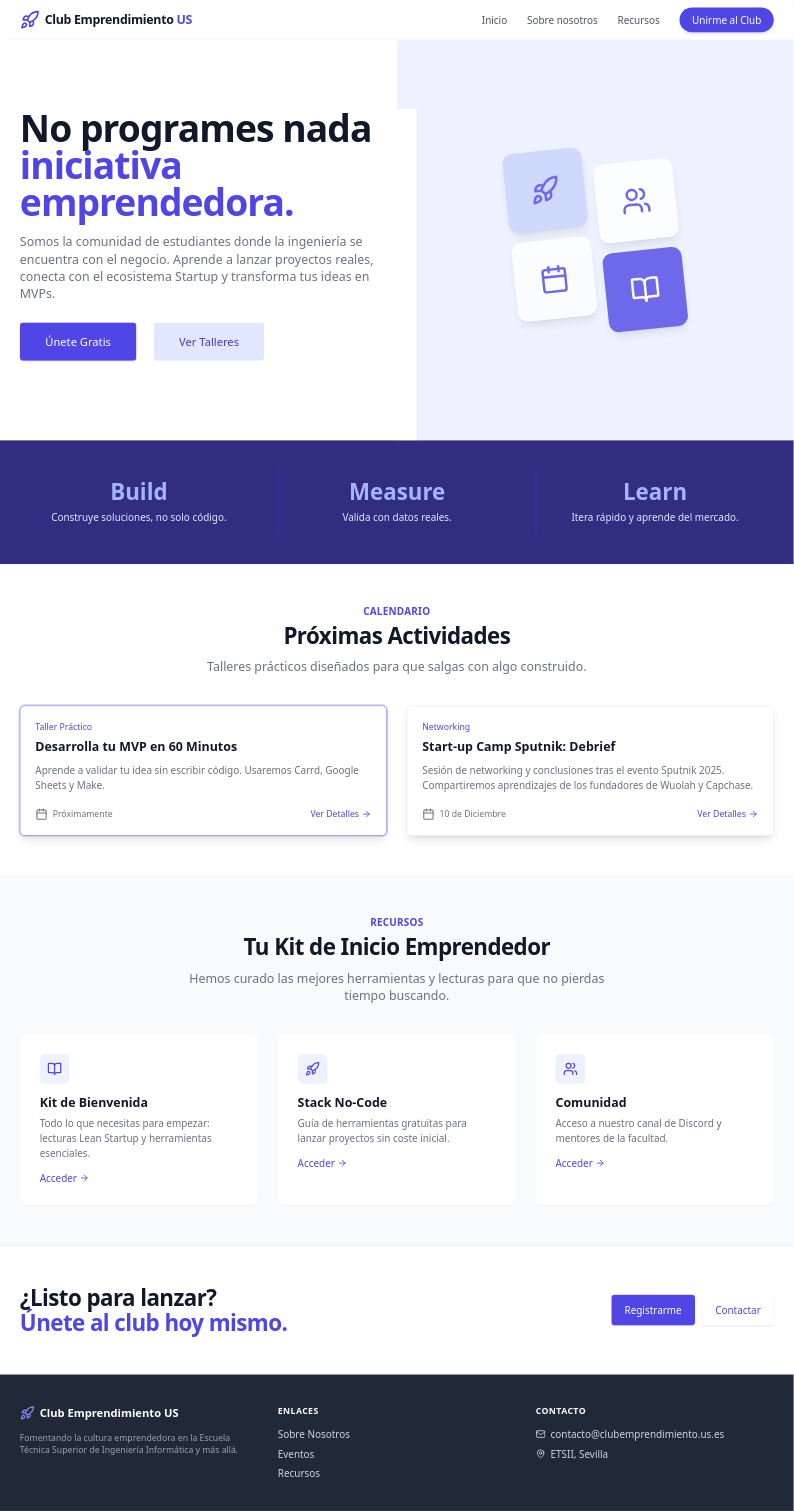
Repository: enerombar/club-emprendimiento-web
Page: /
These files come from the project's save history. The page is drawn as it stood at one moment and after the next save; the edit follows.
The browser window is 1280 px wide. The pictures show the whole page, at 62% of full size.
The project was rebuilt for these pictures with package versions that can differ from the ones it lists, and the page was loaded fresh each time. Also part of the build but not shown: vite.config.js.

Above is the page before, as saved 2025-12-08 00:15:28.

### index.html
<!doctype html>
<html lang="en">
  <head>
    <meta charset="UTF-8" />
    <link rel="icon" type="image/svg+xml" href="/vite.svg" />
    <meta name="viewport" content="width=device-width, initial-scale=1.0" />
    <title>club-emprendimiento</title>
  </head>
  <body>
    <div id="root"></div>
    <script type="module" src="/src/main.jsx"></script>
  </body>
</html>

### src/App.jsx
import React, { useState } from 'react';
import { Rocket, Users, Calendar, BookOpen, ArrowRight, Menu, X, CheckCircle, Mail, MapPin, Clock, Info } from 'lucide-react';

const ClubEmprendimiento = () => {
  const [isMenuOpen, setIsMenuOpen] = useState(false);
  const [selectedEvent, setSelectedEvent] = useState(null); // Estado para el evento seleccionado (modal)

  // Datos de ejemplo basados en tu trabajo real, ahora con MÁS detalles
  const upcomingEvents = [
    {
      id: 1,
      title: "Desarrolla tu MVP en 60 Minutos",
      date: "Próximamente",
      time: "16:00 - 18:00",
      location: "Aula H1.10, ETSII",
      description: "Aprende a validar tu idea sin escribir código. Usaremos Carrd, Google Sheets y Make.",
      fullDescription: "En este taller práctico intensivo, romperemos el mito de que necesitas meses de programación para lanzar una idea. Aprenderás a construir un flujo de validación completo usando herramientas No-Code. Saldrás del taller con una Landing Page funcional conectada a una base de datos y un sistema de email automático.",
      agenda: [
        "Introducción: La trampa de la sobre-ingeniería",
        "Herramientas: Carrd, Airtable y Make",
        "Live Demo: Construyendo en tiempo real",
        "Estrategias de validación rápida"
      ],
      tag: "Taller Práctico",
      highlight: true
    },
    {
      id: 2,
      title: "Start-up Camp Sputnik: Debrief",
      date: "10 de Diciembre",
      time: "17:30 - 19:00",
      location: "Sala de Juntas, ETSII",
      description: "Sesión de networking y conclusiones tras el evento Sputnik 2025. Compartiremos aprendizajes de los fundadores de Wuolah y Capchase.",
      fullDescription: "Una sesión exclusiva para compartir los 'insights' más potentes extraídos del Start-up Camp de Sputnik. Analizaremos las claves de crecimiento de startups sevillanas como Wuolah y debatiremos sobre las oportunidades actuales en el ecosistema emprendedor.",
      agenda: [
        "Resumen del evento Sputnik 2025",
        "Lecciones aprendidas de Wuolah y Capchase",
        "Networking con pizza y refrescos",
        "Presentación de nuevos proyectos del club"
      ],
      tag: "Networking",
      highlight: false
    }
  ];

  const resources = [
    {
      title: "Kit de Bienvenida",
      desc: "Todo lo que necesitas para empezar: lecturas Lean Startup y herramientas esenciales.",
      icon: <BookOpen className="w-6 h-6 text-indigo-600" />
    },
    {
      title: "Stack No-Code",
      desc: "Guía de herramientas gratuitas para lanzar proyectos sin coste inicial.",
      icon: <Rocket className="w-6 h-6 text-indigo-600" />
    },
    {
      title: "Comunidad",
      desc: "Acceso a nuestro canal de Discord y mentores de la facultad.",
      icon: <Users className="w-6 h-6 text-indigo-600" />
    }
  ];

  // Función para abrir el modal
  const openModal = (event) => {
    setSelectedEvent(event);
    document.body.style.overflow = 'hidden'; // Evitar scroll de fondo
  };

  // Función para cerrar el modal
  const closeModal = () => {
    setSelectedEvent(null);
    document.body.style.overflow = 'auto'; // Restaurar scroll
  };

  return (
    <div className="min-h-screen bg-gray-50 font-sans text-gray-900">

      {/* --- NAVBAR --- */}
      <nav className="bg-white shadow-sm sticky top-0 z-50">
        <div className="max-w-7xl mx-auto px-4 sm:px-6 lg:px-8">
          <div className="flex justify-between h-16">
            <div className="flex items-center">
              <div className="flex-shrink-0 flex items-center gap-2">
                <Rocket className="h-8 w-8 text-indigo-600" />
                <span className="font-bold text-xl tracking-tight">Club Emprendimiento <span className="text-indigo-600">US</span></span>
              </div>
            </div>

            {/* Desktop Menu */}
            <div className="hidden md:flex items-center space-x-8">
              <a href="#inicio" className="text-gray-600 hover:text-indigo-600 transition">Inicio</a>
              <a href="#sobre-nosotros" className="text-gray-600 hover:text-indigo-600 transition">Sobre nosotros</a>
              <a href="#recursos" className="text-gray-600 hover:text-indigo-600 transition">Recursos</a>
              <button className="bg-indigo-600 text-white px-5 py-2 rounded-full font-medium hover:bg-indigo-700 transition shadow-md">
                Unirme al Club
              </button>
            </div>

            {/* Mobile menu button */}
            <div className="md:hidden flex items-center">
              <button onClick={() => setIsMenuOpen(!isMenuOpen)} className="text-gray-600 hover:text-gray-900 focus:outline-none">
                {isMenuOpen ? <X className="h-6 w-6" /> : <Menu className="h-6 w-6" />}
              </button>
            </div>
          </div>
        </div>

        {/* Mobile Menu */}
        {isMenuOpen && (
          <div className="md:hidden bg-white border-t border-gray-100">
            <div className="px-2 pt-2 pb-3 space-y-1 sm:px-3">
              <a href="#inicio" className="block px-3 py-2 rounded-md text-base font-medium text-gray-700 hover:text-indigo-600 hover:bg-gray-50">Inicio</a>
              <a href="#actividades" className="block px-3 py-2 rounded-md text-base font-medium text-gray-700 hover:text-indigo-600 hover:bg-gray-50">Actividades</a>
              <a href="#recursos" className="block px-3 py-2 rounded-md text-base font-medium text-gray-700 hover:text-indigo-600 hover:bg-gray-50">Recursos</a>
              <a href="#" className="block px-3 py-2 rounded-md text-base font-medium text-indigo-600 font-bold">Unirme ahora</a>
            </div>
          </div>
        )}
      </nav>

      {/* --- HERO SECTION --- */}
      <div id="inicio" className="relative bg-white overflow-hidden">
        <div className="max-w-7xl mx-auto">
          <div className="relative z-10 pb-8 bg-white sm:pb-16 md:pb-20 lg:max-w-2xl lg:w-full lg:pb-28 xl:pb-32">
            <main className="mt-10 mx-auto max-w-7xl px-4 sm:mt-12 sm:px-6 md:mt-16 lg:mt-20 lg:px-8 xl:mt-28">
              <div className="sm:text-center lg:text-left">
                <h1 className="text-4xl tracking-tight font-extrabold text-gray-900 sm:text-5xl md:text-6xl">
                  <span className="block xl:inline">No programes nada</span>{' '}
                  <span className="block text-indigo-600 xl:inline">iniciativa emprendedora.</span>
                </h1>
                <p className="mt-3 text-base text-gray-500 sm:mt-5 sm:text-lg sm:max-w-xl sm:mx-auto md:mt-5 md:text-xl lg:mx-0">
                  Somos la comunidad de estudiantes donde la ingeniería se encuentra con el negocio. Aprende a lanzar proyectos reales, conecta con el ecosistema Startup y transforma tus ideas en MVPs.
                </p>
                <div className="mt-5 sm:mt-8 sm:flex sm:justify-center lg:justify-start gap-4">
                  <div className="rounded-md shadow">
                    <a href="#" className="w-full flex items-center justify-center px-8 py-3 border border-transparent text-base font-medium rounded-md text-white bg-indigo-600 hover:bg-indigo-700 md:py-4 md:text-lg md:px-10">
                      Únete Gratis
                    </a>
                  </div>
                  <div className="mt-3 sm:mt-0 sm:ml-3">
                    <a href="#actividades" className="w-full flex items-center justify-center px-8 py-3 border border-transparent text-base font-medium rounded-md text-indigo-700 bg-indigo-100 hover:bg-indigo-200 md:py-4 md:text-lg md:px-10">
                      Ver Talleres
                    </a>
                  </div>
                </div>
              </div>
            </main>
          </div>
        </div>
        <div className="lg:absolute lg:inset-y-0 lg:right-0 lg:w-1/2 bg-indigo-50 flex items-center justify-center">
            {/* Placeholder visual - Abstract representation of connection */}
            <div className="relative w-full h-64 sm:h-72 md:h-96 lg:h-full flex items-center justify-center p-10">
                <div className="grid grid-cols-2 gap-4 opacity-80 transform -rotate-6">
                    <div className="w-32 h-32 bg-indigo-200 rounded-2xl flex items-center justify-center shadow-lg"><Rocket className="w-12 h-12 text-indigo-600"/></div>
                    <div className="w-32 h-32 bg-white rounded-2xl flex items-center justify-center shadow-lg mt-8"><Users className="w-12 h-12 text-indigo-600"/></div>
                    <div className="w-32 h-32 bg-white rounded-2xl flex items-center justify-center shadow-lg -mt-8"><Calendar className="w-12 h-12 text-indigo-600"/></div>
                    <div className="w-32 h-32 bg-indigo-600 rounded-2xl flex items-center justify-center shadow-lg"><BookOpen className="w-12 h-12 text-white"/></div>
                </div>
            </div>
        </div>
      </div>

      {/* --- STATS / MANTRA --- */}
      <div className="bg-indigo-900 text-white py-12">
        <div className="max-w-7xl mx-auto px-4 sm:px-6 lg:px-8">
          <div className="grid grid-cols-1 md:grid-cols-3 gap-8 text-center">
            <div className="p-4">
              <div className="text-4xl font-bold text-indigo-300 mb-2">Build</div>
              <div className="text-indigo-100">Construye soluciones, no solo código.</div>
            </div>
            <div className="p-4 border-l-0 md:border-l border-indigo-700">
              <div className="text-4xl font-bold text-indigo-300 mb-2">Measure</div>
              <div className="text-indigo-100">Valida con datos reales.</div>
            </div>
            <div className="p-4 border-l-0 md:border-l border-indigo-700">
              <div className="text-4xl font-bold text-indigo-300 mb-2">Learn</div>
              <div className="text-indigo-100">Itera rápido y aprende del mercado.</div>
            </div>
          </div>
        </div>
      </div>

      {/* --- ACTIVIDADES --- */}
      <div id="actividades" className="py-16 bg-white">
        <div className="max-w-7xl mx-auto px-4 sm:px-6 lg:px-8">
          <div className="text-center">
            <h2 className="text-base text-indigo-600 font-semibold tracking-wide uppercase">Calendario</h2>
            <p className="mt-2 text-3xl leading-8 font-extrabold tracking-tight text-gray-900 sm:text-4xl">
              Próximas Actividades
            </p>
            <p className="mt-4 max-w-2xl text-xl text-gray-500 mx-auto">
              Talleres prácticos diseñados para que salgas con algo construido.
            </p>
          </div>

          <div className="mt-12 grid gap-8 md:grid-cols-2 lg:grid-cols-2">
            {upcomingEvents.map((event) => (
              // Añadido onClick para abrir el modal
              <div
                key={event.id}
                onClick={() => openModal(event)}
                className={`flex flex-col rounded-lg shadow-lg overflow-hidden border cursor-pointer transition-transform hover:scale-105 ${event.highlight ? 'border-indigo-500 ring-2 ring-indigo-200' : 'border-gray-200'}`}
              >
                <div className="flex-1 bg-white p-6 flex flex-col justify-between">
                  <div className="flex-1">
                    <p className="text-sm font-medium text-indigo-600">
                      {event.tag}
                    </p>
                    <div className="block mt-2">
                      <p className="text-xl font-semibold text-gray-900">{event.title}</p>
                      <p className="mt-3 text-base text-gray-500">{event.description}</p>
                    </div>
                  </div>
                  <div className="mt-6 flex items-center justify-between">
                    <div className="flex items-center text-gray-500">
                        <Calendar className="h-5 w-5 mr-2" />
                        <span className="text-sm font-medium">{event.date}</span>
                    </div>
                    <div className="flex items-center text-indigo-600 font-medium text-sm">
                        Ver Detalles <ArrowRight className="ml-1 w-4 h-4" />
                    </div>
                  </div>
                </div>
              </div>
            ))}
          </div>
        </div>
      </div>

      {/* --- MODAL DE DETALLES DEL EVENTO --- */}
      {selectedEvent && (
        <div className="fixed inset-0 z-50 overflow-y-auto" aria-labelledby="modal-title" role="dialog" aria-modal="true">
          <div className="flex items-end justify-center min-h-screen pt-4 px-4 pb-20 text-center sm:block sm:p-0">
            {/* Overlay de fondo oscuro */}
            <div
              className="fixed inset-0 bg-gray-500 bg-opacity-75 transition-opacity"
              aria-hidden="true"
              onClick={closeModal}
            ></div>

            {/* Centrado vertical del modal */}
            <span className="hidden sm:inline-block sm:align-middle sm:h-screen" aria-hidden="true">&#8203;</span>

            {/* Contenido del Modal */}
            <div className="inline-block align-bottom bg-white rounded-lg text-left overflow-hidden shadow-xl transform transition-all sm:my-8 sm:align-middle sm:max-w-lg sm:w-full">
              <div className="bg-white px-4 pt-5 pb-4 sm:p-6 sm:pb-4">
                <div className="sm:flex sm:items-start">
                  <div className="mt-3 text-center sm:mt-0 sm:ml-4 sm:text-left w-full">
                    {/* Header del Modal con Título y Tag */}
                    <div className="flex justify-between items-start">
                        <div>
                            <span className="inline-flex items-center px-2.5 py-0.5 rounded-full text-xs font-medium bg-indigo-100 text-indigo-800 mb-2">
                                {selectedEvent.tag}
                            </span>
                            <h3 className="text-2xl leading-6 font-bold text-gray-900" id="modal-title">
                                {selectedEvent.title}
                            </h3>
                        </div>
                        <button
                            onClick={closeModal}
                            className="bg-white rounded-md text-gray-400 hover:text-gray-500 focus:outline-none"
                        >
                            <X className="h-6 w-6" />
                        </button>
                    </div>

                    {/* Información Clave (Fecha, Hora, Lugar) */}
                    <div className="mt-4 bg-gray-50 rounded-lg p-4 grid grid-cols-1 gap-3">
                        <div className="flex items-center text-gray-700">
                            <Calendar className="h-5 w-5 mr-3 text-indigo-600" />
                            <span className="font-medium">{selectedEvent.date}</span>
                        </div>
                        <div className="flex items-center text-gray-700">
                            <Clock className="h-5 w-5 mr-3 text-indigo-600" />
                            <span className="font-medium">{selectedEvent.time}</span>
                        </div>
                        <div className="flex items-center text-gray-700">
                            <MapPin className="h-5 w-5 mr-3 text-indigo-600" />
                            <span className="font-medium">{selectedEvent.location}</span>
                        </div>
                    </div>

                    {/* Descripción Completa */}
                    <div className="mt-4">
                      <h4 className="font-bold text-gray-900 mb-2">Sobre este evento</h4>
                      <p className="text-sm text-gray-600">
                        {selectedEvent.fullDescription}
                      </p>
                    </div>

                    {/* Agenda */}
                    {selectedEvent.agenda && (
                        <div className="mt-4">
                            <h4 className="font-bold text-gray-900 mb-2">Agenda</h4>
                            <ul className="text-sm text-gray-600 space-y-2">
                                {selectedEvent.agenda.map((item, index) => (
                                    <li key={index} className="flex items-start">
                                        <CheckCircle className="h-4 w-4 text-green-500 mr-2 mt-0.5 flex-shrink-0" />
                                        <span>{item}</span>
                                    </li>
                                ))}
                            </ul>
                        </div>
                    )}
                  </div>
                </div>
              </div>
              <div className="bg-gray-50 px-4 py-3 sm:px-6 sm:flex sm:flex-row-reverse">
                <button type="button" className="w-full inline-flex justify-center rounded-md border border-transparent shadow-sm px-4 py-2 bg-indigo-600 text-base font-medium text-white hover:bg-indigo-700 focus:outline-none sm:ml-3 sm:w-auto sm:text-sm">
                  Inscribirme Ahora
                </button>
                <button
                    type="button"
                    className="mt-3 w-full inline-flex justify-center rounded-md border border-gray-300 shadow-sm px-4 py-2 bg-white text-base font-medium text-gray-700 hover:bg-gray-50 focus:outline-none sm:mt-0 sm:ml-3 sm:w-auto sm:text-sm"
                    onClick={closeModal}
                >
                  Cerrar
                </button>
              </div>
            </div>
          </div>
        </div>
      )}

      {/* --- RECURSOS (Kit de Bienvenida) --- */}
      <div id="recursos" className="py-16 bg-gray-50">
        <div className="max-w-7xl mx-auto px-4 sm:px-6 lg:px-8">
          <div className="lg:text-center mb-12">
            <h2 className="text-base text-indigo-600 font-semibold tracking-wide uppercase">Recursos</h2>
            <p className="mt-2 text-3xl leading-8 font-extrabold tracking-tight text-gray-900 sm:text-4xl">
              Tu Kit de Inicio Emprendedor
            </p>
            <p className="mt-4 max-w-2xl text-xl text-gray-500 lg:mx-auto">
              Hemos curado las mejores herramientas y lecturas para que no pierdas tiempo buscando.
            </p>
          </div>

          <div className="grid grid-cols-1 md:grid-cols-3 gap-8">
            {resources.map((item, index) => (
              <div key={index} className="bg-white p-8 rounded-xl shadow-sm hover:shadow-md transition duration-300">
                <div className="bg-indigo-50 w-12 h-12 rounded-lg flex items-center justify-center mb-4">
                  {item.icon}
                </div>
                <h3 className="text-xl font-bold text-gray-900 mb-2">{item.title}</h3>
                <p className="text-gray-500 mb-4">{item.desc}</p>
                <a href="#" className="text-indigo-600 hover:text-indigo-800 font-medium inline-flex items-center">
                  Acceder <ArrowRight className="ml-1 w-4 h-4" />
                </a>
              </div>
            ))}
          </div>
        </div>
      </div>

      {/* --- CTA / FOOTER --- */}
      <div className="bg-white border-t border-gray-200">
        <div className="max-w-7xl mx-auto py-12 px-4 sm:px-6 lg:py-16 lg:px-8 lg:flex lg:items-center lg:justify-between">
          <h2 className="text-3xl font-extrabold tracking-tight text-gray-900 sm:text-4xl">
            <span className="block">¿Listo para lanzar?</span>
            <span className="block text-indigo-600">Únete al club hoy mismo.</span>
          </h2>
          <div className="mt-8 flex lg:mt-0 lg:flex-shrink-0">
            <div className="inline-flex rounded-md shadow">
              <a href="#" className="inline-flex items-center justify-center px-5 py-3 border border-transparent text-base font-medium rounded-md text-white bg-indigo-600 hover:bg-indigo-700">
                Registrarme
              </a>
            </div>
            <div className="ml-3 inline-flex rounded-md shadow">
              <a href="#" className="inline-flex items-center justify-center px-5 py-3 border border-transparent text-base font-medium rounded-md text-indigo-600 bg-white hover:bg-gray-50">
                Contactar
              </a>
            </div>
          </div>
        </div>
      </div>

      <footer className="bg-gray-800 text-gray-300 py-12">
        <div className="max-w-7xl mx-auto px-4 sm:px-6 lg:px-8 grid grid-cols-1 md:grid-cols-3 gap-8">
            <div>
                <div className="flex items-center gap-2 mb-4">
                    <Rocket className="h-6 w-6 text-indigo-400" />
                    <span className="font-bold text-lg text-white">Club Emprendimiento US</span>
                </div>
                <p className="text-sm text-gray-400">
                    Fomentando la cultura emprendedora en la Escuela Técnica Superior de Ingeniería Informática y más allá.
                </p>
            </div>
            <div>
                <h3 className="text-white font-bold mb-4 uppercase text-sm tracking-wider">Enlaces</h3>
                <ul className="space-y-2">
                    <li><a href="#" className="hover:text-white transition">Sobre Nosotros</a></li>
                    <li><a href="#" className="hover:text-white transition">Eventos</a></li>
                    <li><a href="#" className="hover:text-white transition">Recursos</a></li>
                </ul>
            </div>
            <div>
                <h3 className="text-white font-bold mb-4 uppercase text-sm tracking-wider">Contacto</h3>
                <ul className="space-y-2">
                    <li className="flex items-center gap-2"><Mail className="w-4 h-4" /> contacto@clubemprendimiento.us.es</li>
                    <li className="flex items-center gap-2"><MapPin className="w-4 h-4" /> ETSII, Sevilla</li>
                </ul>
            </div>
        </div>
      </footer>
    </div>
  );
};

export default ClubEmprendimiento;

Loaded but not shown: src/main.jsx (common file); src/index.css (common file); tailwind.config.js (common file)

After the next save:
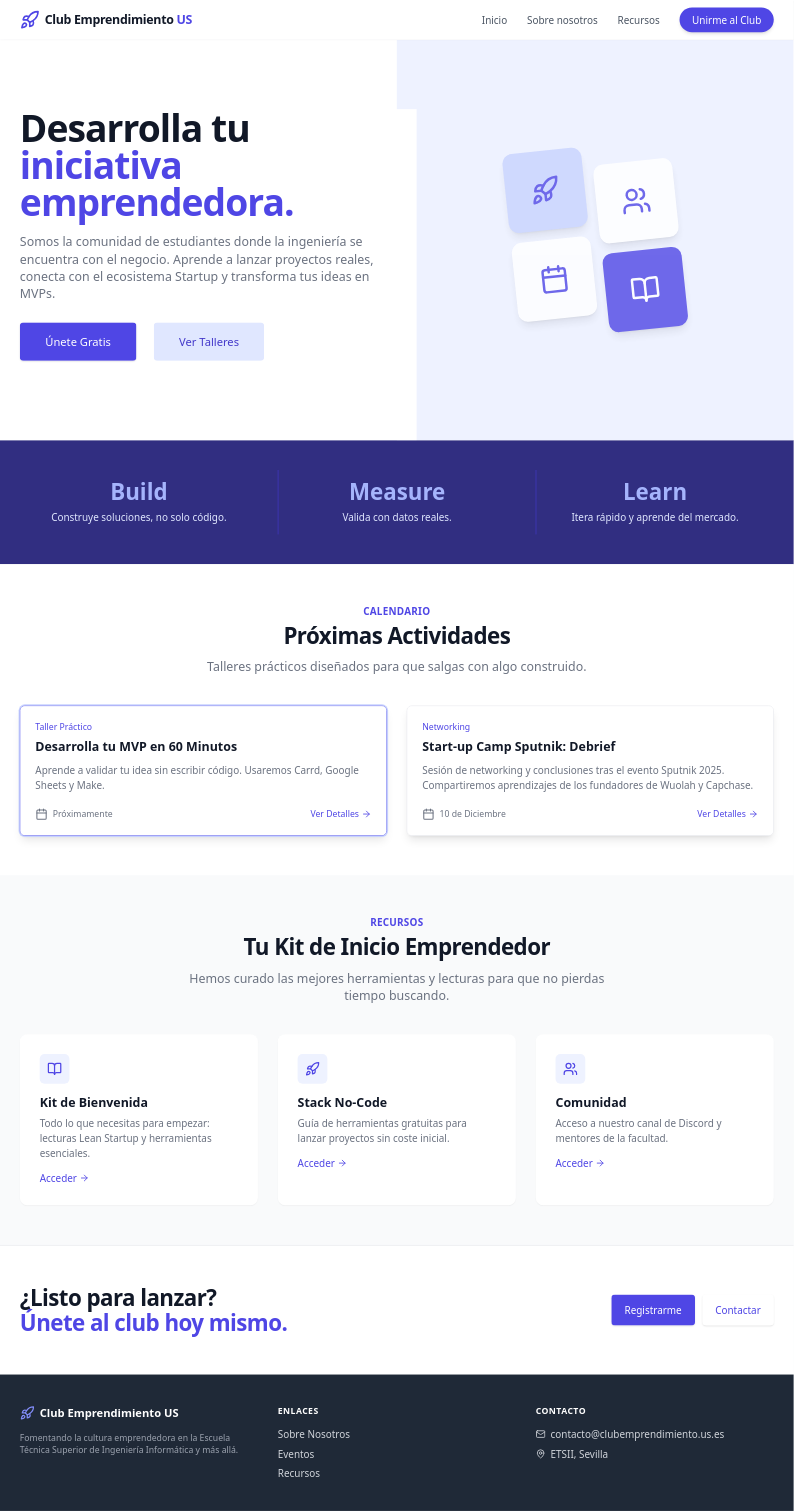
Saved 19 s later.
--- a/src/App.jsx
+++ b/src/App.jsx
@@ -126,7 +126,7 @@ const ClubEmprendimiento = () => {
             <main className="mt-10 mx-auto max-w-7xl px-4 sm:mt-12 sm:px-6 md:mt-16 lg:mt-20 lg:px-8 xl:mt-28">
               <div className="sm:text-center lg:text-left">
                 <h1 className="text-4xl tracking-tight font-extrabold text-gray-900 sm:text-5xl md:text-6xl">
-                  <span className="block xl:inline">No programes nada</span>{' '}
+                  <span className="block xl:inline">Desarrolla tu </span>{' '}
                   <span className="block text-indigo-600 xl:inline">iniciativa emprendedora.</span>
                 </h1>
                 <p className="mt-3 text-base text-gray-500 sm:mt-5 sm:text-lg sm:max-w-xl sm:mx-auto md:mt-5 md:text-xl lg:mx-0">
